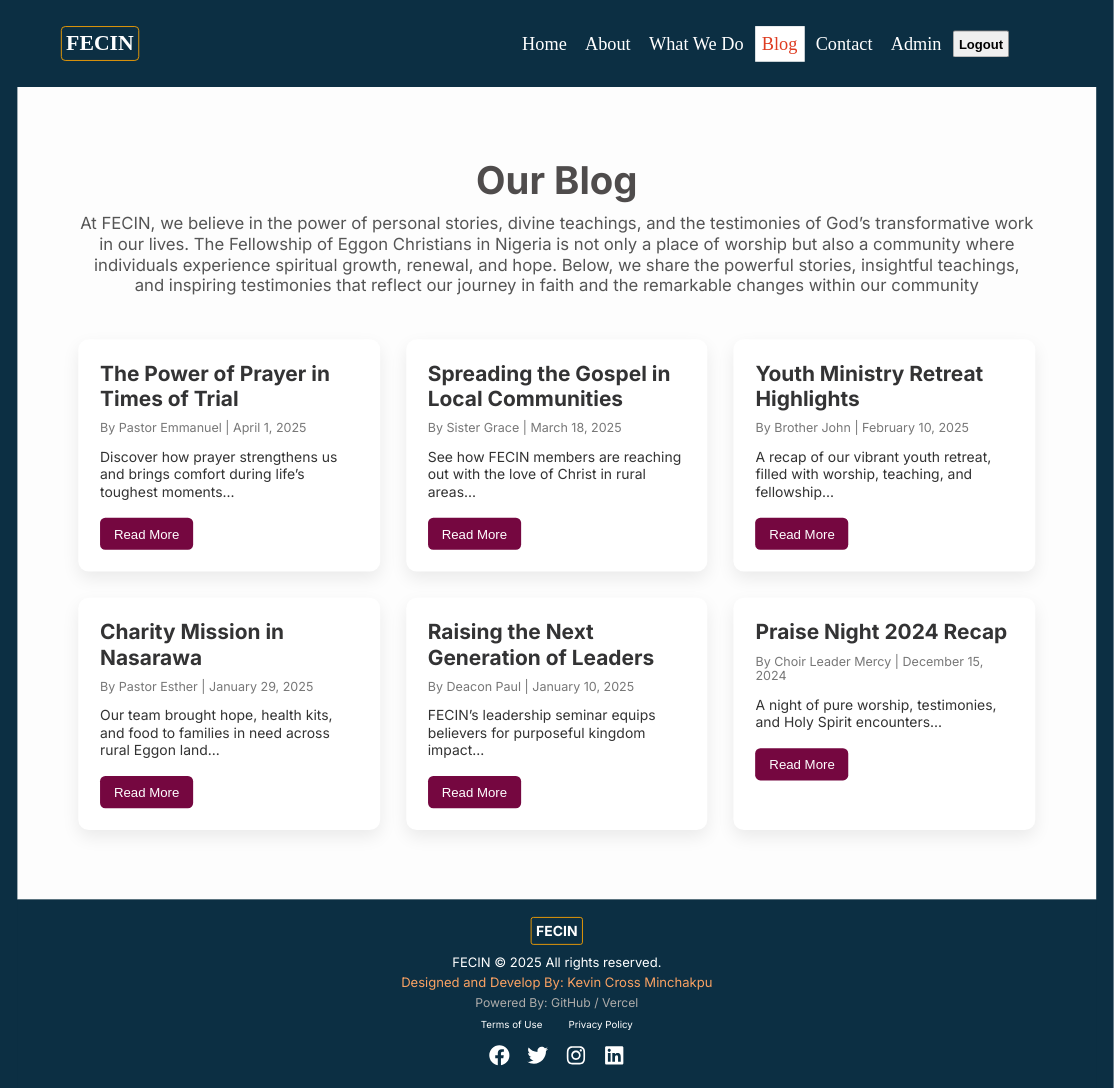
Repository: KCMinchakpu/fecin-projectgs497
Page: /blog
The author's editor kept a copy of each file at every save. The page is drawn from the files as they stood at one save, then again after a run of saves.
The browser window is 1280 px wide. The pictures show the whole page, at 87% of full size.
The project was rebuilt for these pictures with package versions that can differ from the ones it lists, and the page was loaded fresh each time. The framework's server and built-in components were replaced by stand-ins that run in the browser. Also part of the build but not shown: next.config.mjs.

Above is the page before, as saved 2025-04-05 17:18:27.

After the next 3 saves:
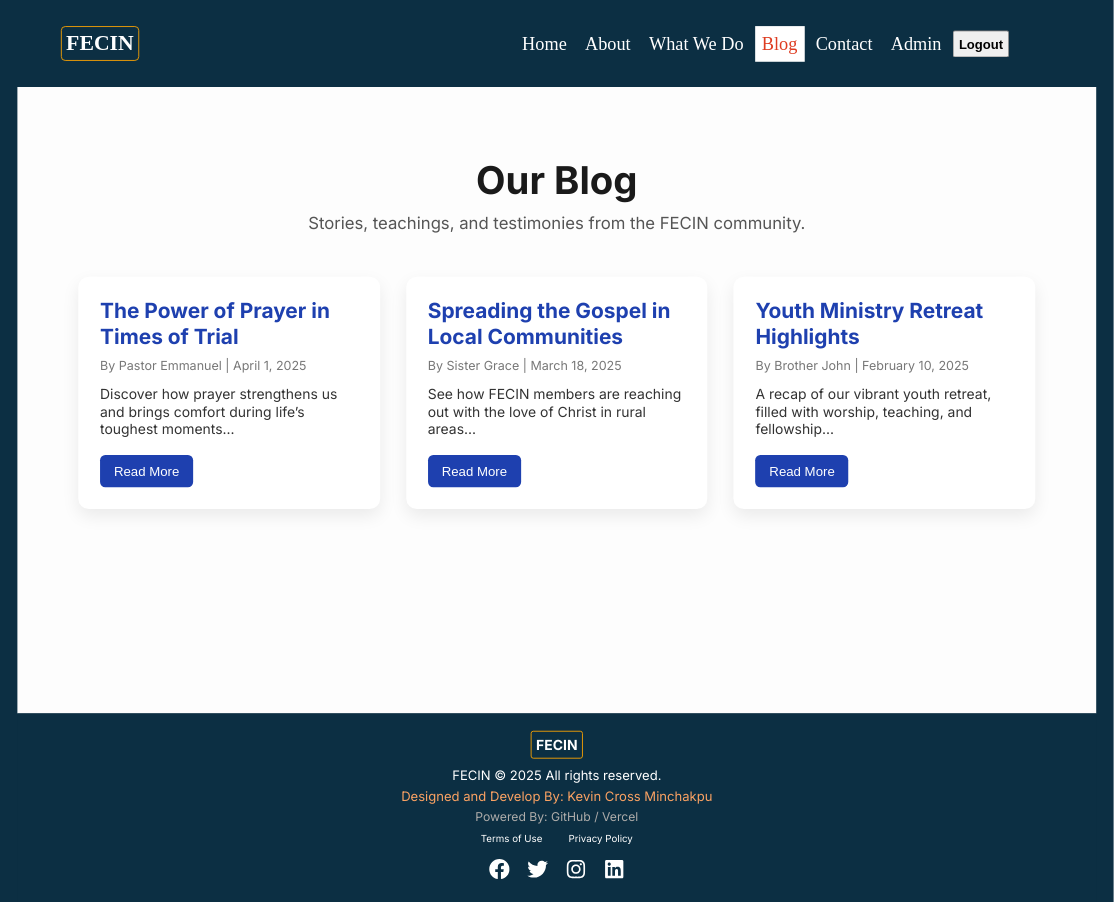
The 3 saves are shown as one change because 2 did not build or start.
The last was saved 3 min 43 s later.
--- a/src/app/blog/page.jsx
+++ b/src/app/blog/page.jsx
@@ -1,50 +1,24 @@
 import React from 'react';
 import styles from './blog.module.css';
-import Link from 'next/link';
-
 
 const blogPosts = [
   {
     title: 'The Power of Prayer in Times of Trial',
-    slug: 'the-power-of-prayer',
     excerpt: 'Discover how prayer strengthens us and brings comfort during life’s toughest moments...',
     date: 'April 1, 2025',
     author: 'Pastor Emmanuel',
   },
   {
     title: 'Spreading the Gospel in Local Communities',
-    slug: 'spreading-the-gospel',
     excerpt: 'See how FECIN members are reaching out with the love of Christ in rural areas...',
     date: 'March 18, 2025',
     author: 'Sister Grace',
   },
   {
     title: 'Youth Ministry Retreat Highlights',
-    slug: 'youth-ministry',
     excerpt: 'A recap of our vibrant youth retreat, filled with worship, teaching, and fellowship...',
     date: 'February 10, 2025',
     author: 'Brother John',
-  },
-  {
-    title: 'Charity Mission in Nasarawa',
-    slug: 'charity-mission',
-    excerpt: 'Our team brought hope, health kits, and food to families in need across rural Eggon land...',
-    date: 'January 29, 2025',
-    author: 'Pastor Esther',
-  },
-  {
-    title: 'Raising the Next Generation of Leaders',
-    slug: 'raising-the-next-generation',
-    excerpt: 'FECIN’s leadership seminar equips believers for purposeful kingdom impact...',
-    date: 'January 10, 2025',
-    author: 'Deacon Paul',
-  },
-  {
-    title: 'Praise Night 2024 Recap',
-    slug: 'praise-night',
-    excerpt: 'A night of pure worship, testimonies, and Holy Spirit encounters...',
-    date: 'December 15, 2024',
-    author: 'Choir Leader Mercy',
   },
 ];
 
@@ -54,7 +28,7 @@ const BlogPage = () => {
       <div className={styles.container}>
         <h1 className={styles.heading}>Our Blog</h1>
         <p className={styles.subheading}>
-        At FECIN, we believe in the power of personal stories, divine teachings, and the testimonies of God’s transformative work in our lives. The Fellowship of Eggon Christians in Nigeria is not only a place of worship but also a community where individuals experience spiritual growth, renewal, and hope. Below, we share the powerful stories, insightful teachings, and inspiring testimonies that reflect our journey in faith and the remarkable changes within our community
+          Stories, teachings, and testimonies from the FECIN community.
         </p>
         <div className={styles.grid}>
           {blogPosts.map((post, index) => (
@@ -64,9 +38,7 @@ const BlogPage = () => {
                 By {post.author} | {post.date}
               </p>
               <p className={styles.excerpt}>{post.excerpt}</p>
-              <Link href={`/blog/${post.slug}`}>
-                <button className={styles.readMore}>Read More</button>
-              </Link>
+              <button className={styles.readMore}>Read More</button>
             </div>
           ))}
         </div>
--- a/src/app/blog/blog.module.css
+++ b/src/app/blog/blog.module.css
@@ -13,7 +13,7 @@
     text-align: center;
     font-size: 2.75rem;
     margin-bottom: 10px;
-    color: #4f4c4c;
+    color: #1a1a1a;
   }
 
   .subheading {
@@ -43,7 +43,7 @@
 
   .cardTitle {
     font-size: 1.5rem;
-    color: #333334;
+    color: #1e40af;
     margin-bottom: 10px;
   }
 
@@ -61,7 +61,7 @@
 
   .readMore {
     padding: 10px 16px;
-    background-color: #750740;
+    background-color: #1e40af;
     color: #fff;
     border: none;
     border-radius: 6px;
